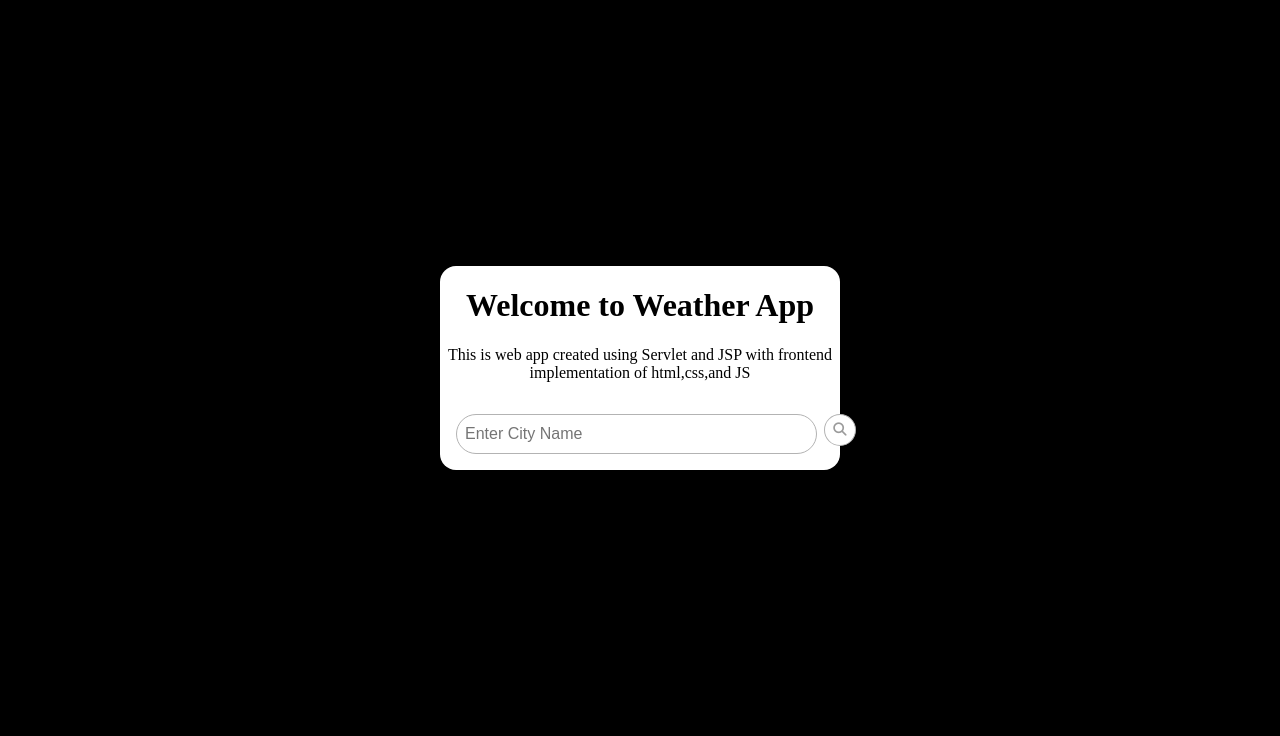
Repository: krv9/projects
Page: http://localhost/WeatherApp/
These files come from the project's save history. The page is drawn as it stood at one moment and after the next save; the edit follows.
The browser window is 1280 px wide. The pictures show the whole page.
The page is served by Tomcat 10.

Above is the page before, as saved 2024-09-24 13:22:36.

After the next save:
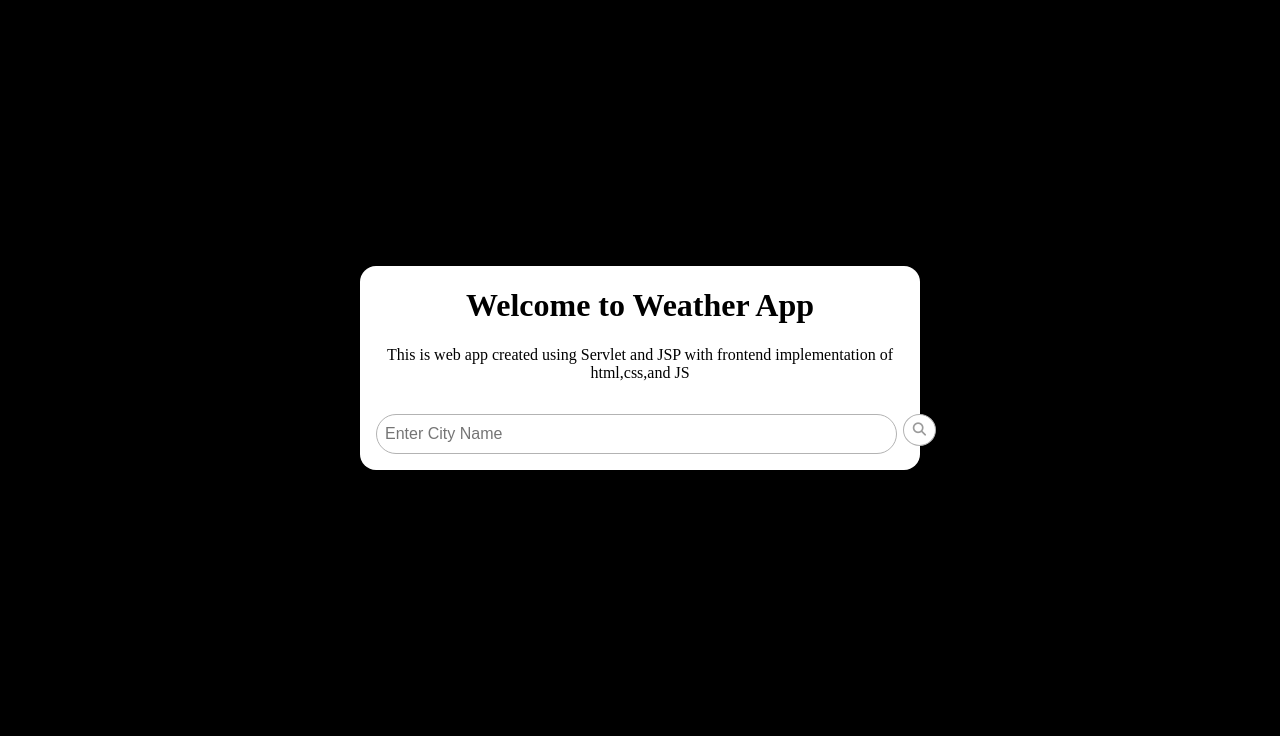
Saved 14 s later.
--- a/WeatherApp/src/main/webapp/Style.css
+++ b/WeatherApp/src/main/webapp/Style.css
@@ -7,7 +7,7 @@ body{
 	background:black;
 }
 .container{
-	 width: 25rem;
+	 width: 35rem;
   height: auto;
   border-radius: 1rem;
   background: #fff;
